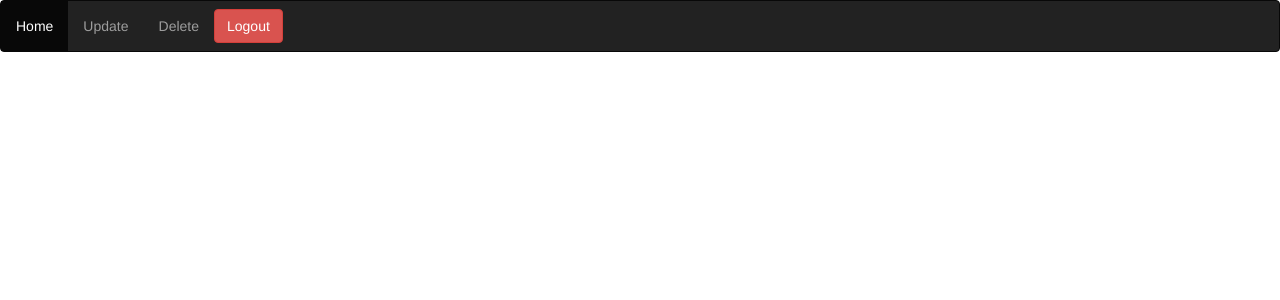
Repository: AvantiKopulwar/Task-Workspace
Page: http://localhost/AdminStudentLogin/homePage.jsp
These files come from the project's save history. The page is drawn as it stood at one moment and after the next save; the edit follows.
The browser window is 1280 px wide. The pictures show the whole page.
The page is served by Tomcat 9. Nobody is signed in. The application's start-up code is not run. Other server files are loaded and not shown.

Above is the page before, as saved 2018-10-01 13:38:15.

### AdminStudentLogin/WebContent/homePage.jsp
<%@ page language="java" contentType="text/html; charset=ISO-8859-1"
    pageEncoding="ISO-8859-1"%>
<!DOCTYPE html>
<html lang="en">
<head>
  <title>Bootstrap Example</title>
  <meta charset="utf-8">
  <meta name="viewport" content="width=device-width, initial-scale=1">
  <link rel="stylesheet" href="https://maxcdn.bootstrapcdn.com/bootstrap/3.3.7/css/bootstrap.min.css">
  <script src="https://ajax.googleapis.com/ajax/libs/jquery/3.3.1/jquery.min.js"></script>
  <script src="https://maxcdn.bootstrapcdn.com/bootstrap/3.3.7/js/bootstrap.min.js"></script>
</head>
<body>

<nav class="navbar navbar-inverse">
  <!-- <div class="container-fluid">
    <div class="navbar-header">
      <a class="navbar-brand" href="#">WebSiteName</a>
    </div> -->
    <ul class="nav navbar-nav">
      <li class="active"><a href="#">Home</a></li>
      <li><a href="#">Update</a></li>
      <li><a href="#">Delete</a></li>
    </ul>
    <button class="btn btn-danger navbar-btn">Logout</button>
  </div>
</nav>

<!-- <div class="container">
  <h2>Navbar Button</h2>
  <p>Use the navbar-btn class on a button to vertically align (same padding as links) it inside the navbar.</p>
</div>
 -->
</body>
</html>

After the next save:
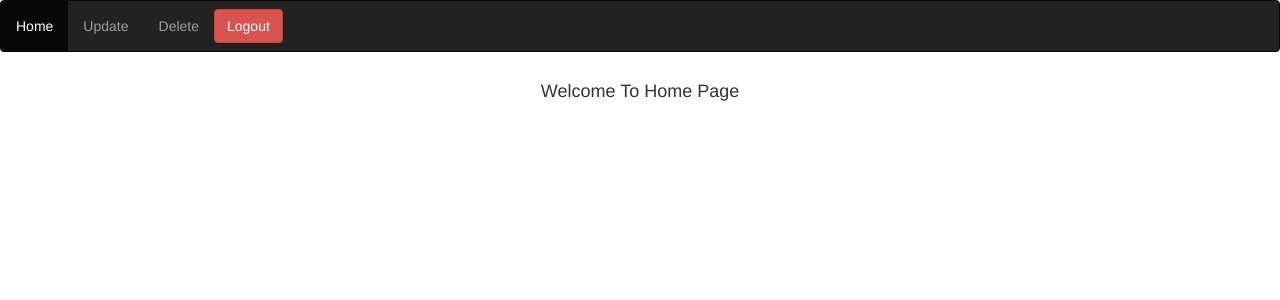
Saved 104 s later.
--- a/AdminStudentLogin/WebContent/homePage.jsp
+++ b/AdminStudentLogin/WebContent/homePage.jsp
@@ -26,10 +26,9 @@
   </div>
 </nav>
 
-<!-- <div class="container">
-  <h2>Navbar Button</h2>
-  <p>Use the navbar-btn class on a button to vertically align (same padding as links) it inside the navbar.</p>
+<div class="container">
+  <h4 align="center">Welcome To Home Page</h4>
 </div>
- -->
+
 </body>
 </html>
